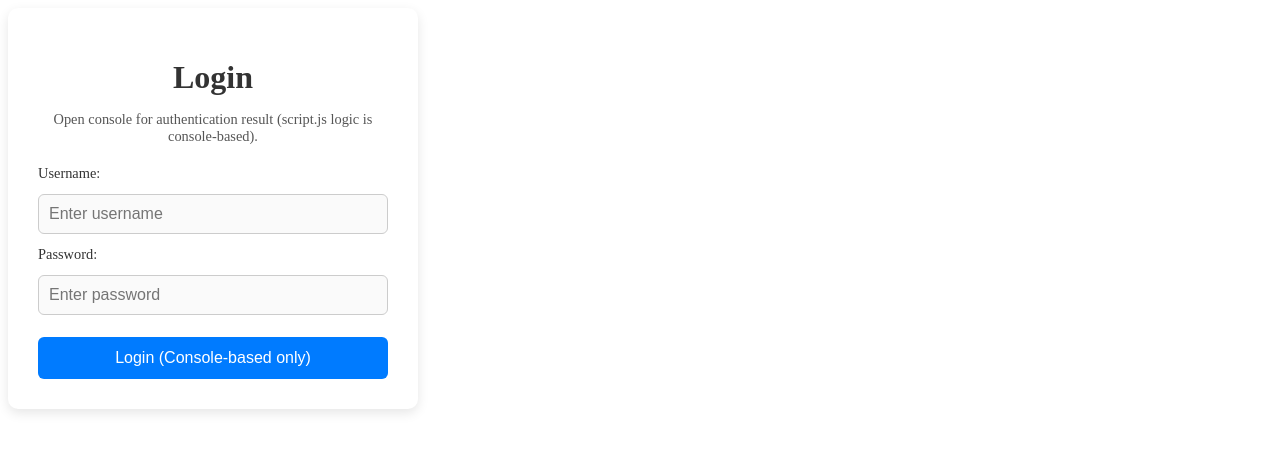
Repository: AdityaTech-Pro/FullStackWithBridgelabz
Page: login form/index.html
These files come from the project's save history. The page is drawn as it stood at one moment and after the next save; the edit follows.
The browser window is 1280 px wide. The pictures show the whole page.

Above is the page before, as saved 2025-11-17 09:18:48.

### login form/index.html
<!DOCTYPE html>
<html lang="en">

<head>
    <meta charset="UTF-8" />
    <meta name="viewport" content="width=device-width, initial-scale=1.0" />
    <title>Login Page</title>
    <link rel="stylesheet" href="./style.css" />
</head>

<body>
    <main class="login-container">
        <h1>Login</h1>
        <p>Open console for authentication result (script.js logic is console-based).</p>


        <div class="login-box">
            <label>Username:</label>
            <input type="text" placeholder="Enter username" disabled>


            <label>Password:</label>
            <input type="password" placeholder="Enter password" disabled>


            <button disabled>Login (Console-based only)</button>
        </div>
    </main>


    <script src="script.js"></script>
</body>

</html>

### login form/style.css

   //LOGIN PAGE - STYLED WITH STANDARD MODERN COLORS

body {
  margin: 0;
  padding: 0;
  font-family: Arial, Helvetica, sans-serif;
  background: #f0f2f5; /* Light grey background */
  display: flex;
  justify-content: center;
  align-items: center;
  height: 100vh;
}

.login-container {
  background: #ffffff; /* White card background */
  padding: 30px;
  border-radius: 10px;
  width: 350px;
  box-shadow: 0 4px 12px rgba(0, 0, 0, 0.1); /* Soft shadow */
  text-align: center;
}

h1 {
  margin-bottom: 10px;
  color: #333333; /* Dark text */
}

p {
  color: #555555; /* Medium grey */
  font-size: 0.9rem;
  margin-bottom: 20px;
}

.login-box {
  display: flex;
  flex-direction: column;
  gap: 12px;
}

label {
  text-align: left;
  font-size: 0.9rem;
  color: #333333;
}

input {
  padding: 10px;
  border: 1px solid #cccccc;
  border-radius: 6px;
  font-size: 1rem;
}

button {
  padding: 12px;
  background: #007bff; /* Standard blue button */
  color: white;
  border: none;
  border-radius: 6px;
  cursor: not-allowed; /* Disabled on purpose */
  font-size: 1rem;
  margin-top: 10px;
}

### login form/script.js
// Sample stored credentials (for demo purposes)
const storedUsername = "admin";
const storedPassword = "12345";

// User-provided login values (in a real system, these would come from inputs)
const inputUsername = "admin"; // modify to test
const inputPassword = "12345"; // modify to test

console.log("================ LOGIN AUTHENTICATION ================");
console.log(`Entered Username: ${inputUsername}`);
console.log(`Entered Password: ${inputPassword}`);
console.log("-------------------------------------------------------");

// Authentication logic
if (inputUsername === storedUsername && inputPassword === storedPassword) {
    console.log("Login Successful ✔");
    console.log("Welcome to the system!");
} else {
    console.log("Login Failed ✘");
    console.log("Invalid username or password.");
}

console.log("=======================================================");

After the next save:
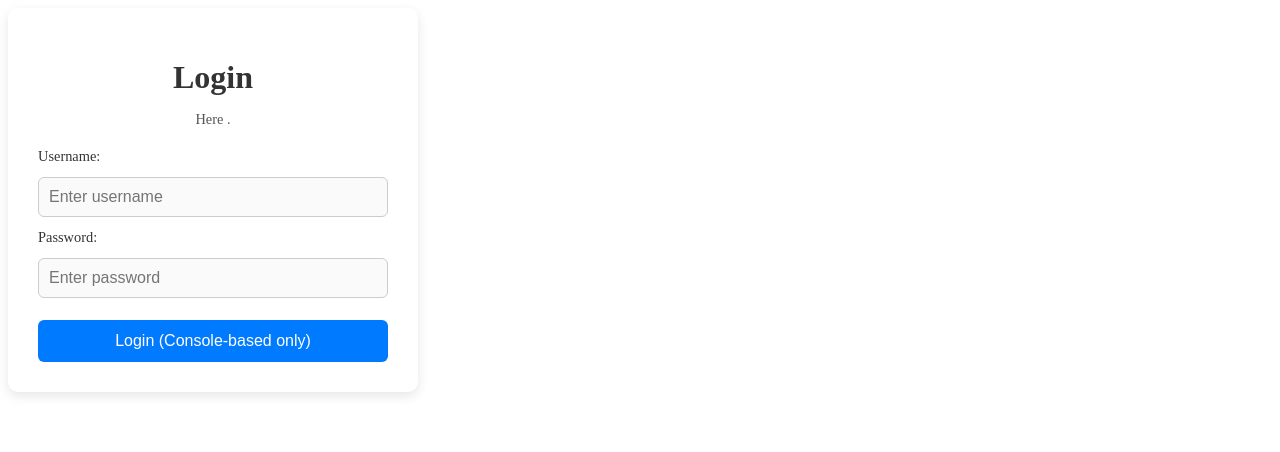
Saved 5 min 9 s later.
--- a/login form/index.html
+++ b/login form/index.html
@@ -11,7 +11,7 @@
 <body>
     <main class="login-container">
         <h1>Login</h1>
-        <p>Open console for authentication result (script.js logic is console-based).</p>
+        <p>Here .</p>
 
 
         <div class="login-box">
